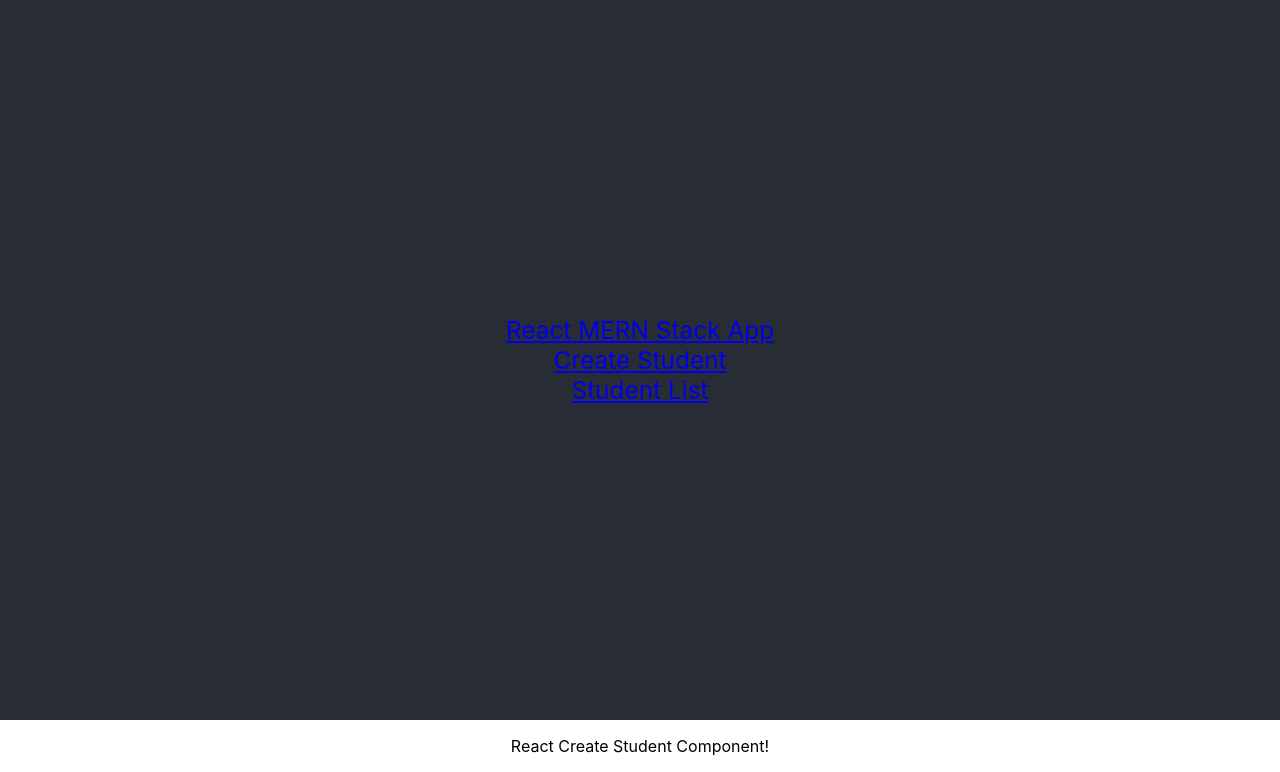
Repository: appikonda/MERN-Stack-App
Page: /
An editor plug-in stored every save of this project. The page is shown before and after the next save, followed by the edit.
The browser window is 1280 px wide. The pictures show the whole page.
The project was rebuilt for these pictures with package versions that can differ from the ones it lists, and the page was loaded fresh each time. Also part of the build but not shown: src/Components/EditStudent.jsx, src/Components/StudentList.jsx.

Above is the page before, as saved 2019-11-21 15:15:21.

### src/index.js
import React from 'react';
import ReactDOM from 'react-dom';
import './index.css';
import App from './App';
import * as serviceWorker from './serviceWorker';
//router
import {BrowserRouter} from "react-router-dom"

ReactDOM.render(
<BrowserRouter><App /></BrowserRouter>
, document.getElementById('root'));

// If you want your app to work offline and load faster, you can change
// unregister() to register() below. Note this comes with some pitfalls.
// Learn more about service workers: https://bit.ly/CRA-PWA
serviceWorker.unregister();

### src/App.js
import React from "react";
import Nav from "react-bootstrap/Nav";
import Navbar from "react-bootstrap/Navbar";
import Container from "react-bootstrap/Container";
import Row from "react-bootstrap/Row";
import Col from "react-bootstrap/Col";
import "./App.css";

import { BrowserRouter as Router, Switch, Route, Link } from "react-router-dom";

import CreateStudent from "./Components/CreateStudent";
import EditStudent from "./Components/EditStudent";
import StudentList from "./Components/StudentList";

function App() {
  return (<Router>
    <div className="App">
      <header className="App-header">
        <Navbar bg="dark" variant="dark">
          <Container>

            <Navbar.Brand>
              <Link to={"/create-student"} className="nav-link">
                React MERN Stack App
              </Link>
            </Navbar.Brand>

            <Nav className="justify-content-end">
              <Nav>
                <Link to={"/create-student"} className="nav-link">
                  Create Student
                </Link>
              </Nav>

              {/* <Nav>
                <Link to={"/edit-student/:id"} className="nav-link">
                  Edit Student
                </Link>
              </Nav> */}

              <Nav>
                <Link to={"/student-list"} className="nav-link">
                  Student List
                </Link>
              </Nav>
            </Nav>

          </Container>
        </Navbar>
      </header>

      <Container>
        <Row>
          <Col md={12}>
            <div className="wrapper">
              <Switch>
                <Route exact path='/' component={CreateStudent} />
                <Route path="/create-student" component={CreateStudent} />
                <Route path="/edit-student/:id" component={EditStudent} />
                <Route path="/student-list" component={StudentList} />
              </Switch>
            </div>
          </Col>
        </Row>
      </Container>
    </div>
  </Router>);
}

export default App;

### src/Components/CreateStudent.jsx
import React, { Component } from "react";

export default class CreateStudent extends Component {
  render() {
    return (
      <div>
        <p>React Create Student Component!</p>
      </div>
    );
  }
}

Loaded but not shown: public/index.html (common file); src/index.css (common file); src/serviceWorker.js (common file); src/App.css (common file)

After the next save:
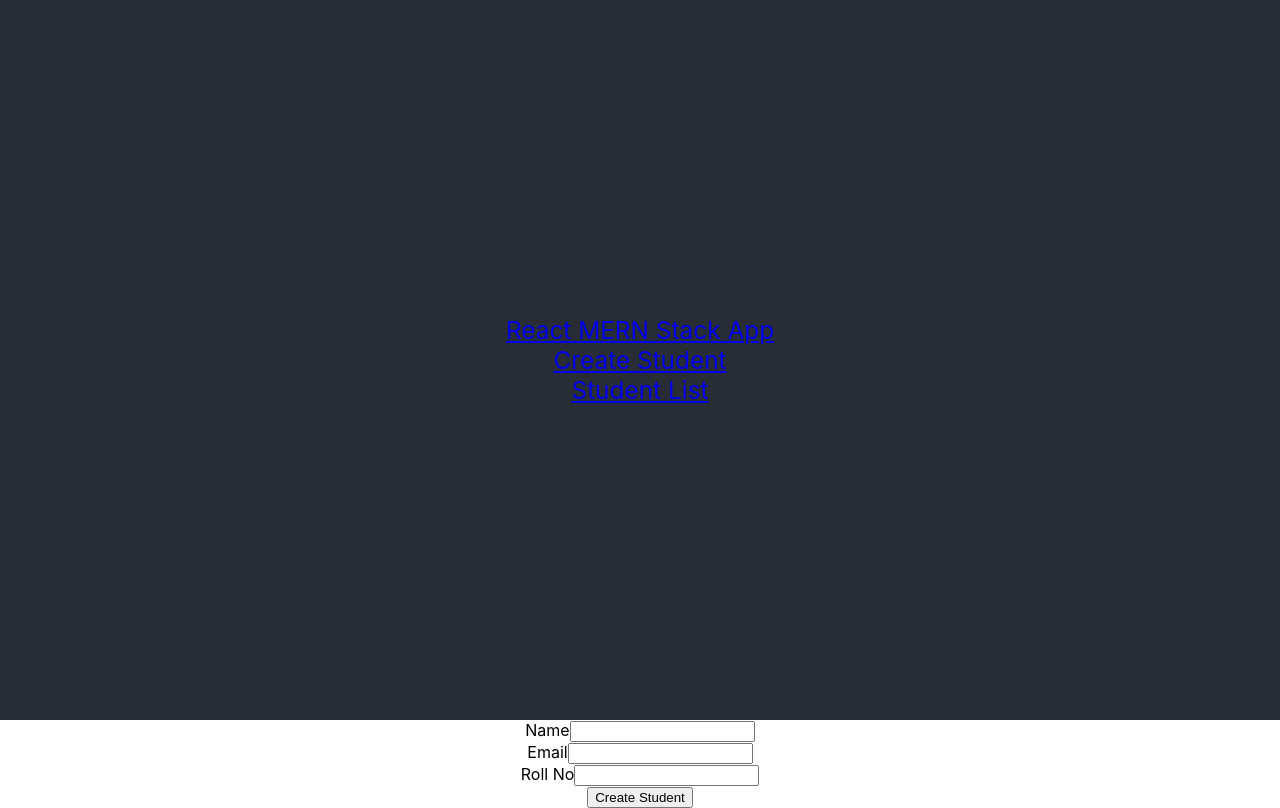
Saved 72 s later.
--- a/src/Components/CreateStudent.jsx
+++ b/src/Components/CreateStudent.jsx
@@ -1,11 +1,30 @@
-import React, { Component } from "react";
+import React, {Component} from "react";
+import Form from 'react-bootstrap/Form'
+import Button from 'react-bootstrap/Button';
 
 export default class CreateStudent extends Component {
   render() {
-    return (
-      <div>
-        <p>React Create Student Component!</p>
-      </div>
-    );
+    return (<div class="form-wrapper">
+      <Form>
+        <Form.Group controlId="Name">
+          <Form.Label>Name</Form.Label>
+          <Form.Control type="text"/>
+        </Form.Group>
+
+        <Form.Group controlId="Email">
+          <Form.Label>Email</Form.Label>
+          <Form.Control type="email"/>
+        </Form.Group>
+
+        <Form.Group controlId="Name">
+          <Form.Label>Roll No</Form.Label>
+          <Form.Control type="text"/>
+        </Form.Group>
+
+        <Button variant="danger" size="lg" block="block" type="submit">
+          Create Student
+        </Button>
+      </Form>
+    </div>);
   }
 }
